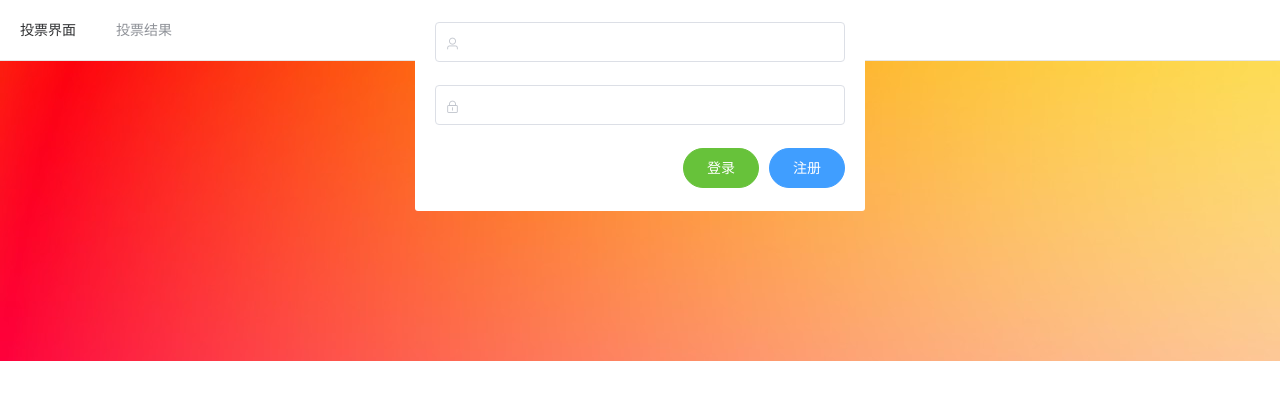
Repository: 280hhh/vote
Page: /
These files come from the project's save history. The page is drawn as it stood at one moment and after the next save; the edit follows.
The browser window is 1280 px wide. The pictures show the whole page.
The project was rebuilt for these pictures with package versions that can differ from the ones it lists, and the page was loaded fresh each time. Also part of the build but not shown: src/components/home.vue, src/components/result.vue.

Above is the page before, as saved 2021-06-12 15:13:12.

### src/App.vue
<template>
    <div>
      <el-menu :default-active="this.$route.path" route class="el-menu-demo" mode="horizontal">
        <el-menu-item v-for="(item,i) in nvaList" :key="i" :index="item.name">
          <template slot="title">
           <span> {{ item.navItem }}</span>
         </template>
        </el-menu-item>
      </el-menu>
      <router-view></router-view>
    </div>
</template>

<script>
export default {
  data(){
    return{
      nvaList:[
        {name:'/home',navItem:'投票界面'},
        {name:'/result',navItem:'投票结果'}
      ]
    }
  }
}
</script>

<style>
</style>

### src/router/index.js
import Vue from 'vue'
import VueRouter from 'vue-router'
import Login from '../components/login.vue'
import '../assets/css/global.css'
import Home from '../components/home.vue'
import Register from '../components/register.vue'
import Result from '../components/result.vue'


Vue.use(VueRouter)

const routes = [
  {path:'/',redirect:'/login'},
  {path:'/login',component:Login},
  {path:'/home',component:Home},
  {path:'/register',component:Register},
  {path:'/result',component:Result}
]

const router = new VueRouter({
  routes
})

export default router

### src/plugins/element.js
import Vue from 'vue'
import { Button } from 'element-ui'
import {Form,FormItem} from 'element-ui'
import {Input} from 'element-ui'
import {Message} from 'element-ui'
import {Menu} from 'element-ui'
import {MenuItem} from 'element-ui'
import {Submenu} from 'element-ui'

Vue.use(Button)
Vue.use(Form)
Vue.use(FormItem)
Vue.use(Input)
Vue.prototype.$message=Message
Vue.use(Menu)
Vue.use(MenuItem)
Vue.use(Submenu)

### src/components/login.vue
<template>
  <div class="login_container">
    <div class="login_box">
      <div class="avatar_box">
        <img src="../image/jr.jpg">
      </div>
      <!-- 登录表单区域 -->
      <el-form :model="loginform" :rules="rules" ref="loginFormRef" label-width="0px" class="login_form">
        <!-- 用户名 -->
        <el-form-item prop="username">
          <el-input v-model="loginform.username" prefix-icon="el-icon-user"></el-input>
        </el-form-item>
        <!-- 密码 -->
        <el-form-item prop="password">
          <el-input v-model="loginform.password" prefix-icon="el-icon-lock" show-password></el-input>
        </el-form-item>
        <!-- 按钮区域 -->
        <el-form-item class="btns">
          <el-button type="success" round @click="login()">登录</el-button>
          <el-button type="primary" round @click="register()">注册</el-button>
        </el-form-item>
      </el-form>
    </div>
  </div>
</template>

<script>
export default {
  data(){
    return{
      loginform:{
        username:'',
        password:''
      },
      rules:{
        username:[{required:true,message:'请输入用户名',trigger:'blur'}],
        password:[{required:true,message:'请输入密码',trigger:'blur'}],
        usergroup:[]
      }
    }
  },
  methods:{
    // 点击登录
    login(){
      let flag=0;
      this.$refs.loginFormRef.validate(valid=>{
        if(!valid){
          this.$message({showClose:true,message:'请输入正确的账号密码',type:'error'})
          return;
        }
        flag=1;
      })
      if(flag){
        for(var item in this.userGroup){
          if(this.loginform.username==this.userGroup[item].username&&this.loginform.password==this.userGroup[item].password){
          this.$router.push({ path:'/home' });
          this.$message({showClose: true,message: '登陆成功',type: 'success'});
          return ;
        }
        this.$message({showClose: true,message: '账号或密码错误！！！请输入正确的账号密码',type: 'error'});
      }


      }
    },
    // 点击注册
    register(){
      this.$router.push({path:'/register'})
    },
    oldMessage(){
            if(!window.localStorage) return;
            let a=JSON.parse(localStorage.userGroup);
            this.userGroup=a;
            }
      },
      mounted(){

            if(!window.localStorage) return;
            if(localStorage.userGroup == null)return;
            //如果之前有任何人注册过的话,调用oldMessage方法，初始化用户组
            this.oldMessage();
      }
}
</script>

<style Lang="less" scoped>
.login_container{
  background: url("../image/bg.jpg");
  height: 100%;
}
.login_box{
  height: 300px;
  width: 450px;
  background-color: #fff;
  border-radius: 3px;
  position: relative;
  left: 50%;
  top: 50%;
  transform: translate(-50%,-50%);
}
.login_box .avatar_box{
  height: 130px;
  width: 130px;
  border:1px solid #eee;
  border-radius: 50%;
  padding: 10px;
  box-shadow: 0 0 10px #ddd;
  position: absolute;
  left: 50%;
  transform: translate(-50%,-50%);
  background-color: #fff;
}
.avatar_box img{
    width: 100%;
    height: 100%;
    border-radius: 50%;
    background-color: #eee;
}

.login_form{
  position: absolute;
  bottom:0;
  width: 100%;
  padding: 0 20px;
  box-sizing: border-box;
}

.btns{
  display: flex;
  justify-content: flex-end;
}
</style>

### src/assets/css/global.css
html,
body,
#app{
  height: 100%;
  margin: 0;
  padding: 0;
}

### src/components/register.vue
<template>
  <div class="register_container">
    <div class="register_box">
      <!-- 注册表单区域 -->
      <el-form ref="registerFormRef" :model="registerForm" label-width="80px" :rules="registerRules" class="register_form">
                <el-form-item label="用户名" prop="username">
                    <el-input v-model="registerForm.username"></el-input>
                </el-form-item>
                <el-form-item label="e-mail" prop="email">
                    <el-input v-model="registerForm.email"></el-input>
                </el-form-item>
                <el-form-item label="密码" prop="password">
                    <el-input v-model="registerForm.password" show-password></el-input>
                </el-form-item>
                <el-form-item label="确认密码" prop="checkPassword">
                    <el-input v-model="registerForm.checkPassword" show-password></el-input>
                </el-form-item>
                <el-form-item label="手机" prop="phoneNumber">
                    <el-input v-model="registerForm.phoneNumber"></el-input>
                </el-form-item>
                <el-form>
                <div class="btns">
                    <el-button type="primary" @click="onSubmit()" round>注册</el-button>
                    <el-button @click="resetForm()" round>重置</el-button>
                </div>
                </el-form>
            </el-form>
    </div>
  </div>
</template>

<script>
export default {
  data(){
     //设置旧密码与新密码不允许一致
    let validateNewPassword = (rule, value, callback) => {
            if (value !== this.registerForm.password) {
                callback(new Error('与新密码不一致!'))
            } else {
                callback()
            }
      }
     //设置用户名不允许重复
        let noRepeat1 = (rule, value, callback) => {
            if(!window.localStorage) {callback();return ;}
            if(localStorage.userGroup==null) {callback();return ;}
            let flag=0;
            for(var item in this.userGroup){
                if(value == this.userGroup[item].username){callback(new Error('该用户名已经存在'));return ;}
            }
            callback();
        }
        //设置注册时手机号码不允许重复
        let noRepeat2 = (rule, value, callback) => {
            if(!window.localStorage) {callback();return ;}
            if(localStorage.userGroup==null) {callback();return ;}
            let flag=0;
            for(var item in this.userGroup){
                if(value == this.userGroup[item].phoneNumber){callback(new Error('该号码已经存在'));return ;}
            }
               callback();
        }
    return{
      registerForm:{
        username:'',
        email:'',
        password:'',
        checkPassword:'',
        phoneNumber:''
      },
      registerRules:{
                username:[
                    { required: true, message: '请输入用户名', trigger: 'blur' },
                    { min: 5, message: '长度在 5 个字符以上', trigger: 'blur' },
                    { pattern:'^[^ ]+$', message: '用户名不允许存在空格', trigger: 'blur' },
                    { validator:noRepeat1, trigger: 'blur' }
                ],
                email:[
                    { required: true, message: '请输入邮箱', trigger: 'blur' },
                    { pattern:'^[a-zA-Z0-9_\\.-]+@([a-zA-Z0-9-]+\\.)+[a-zA-Z0-9]{2,4}$',message:'请填入正确的邮箱地址',trigger:'blur'}
                ],
                password: [
                    { required: true, message: '请设置密码', trigger: 'blur' },
                    { min: 5, message: '要求密码长度在 5 个字符以上', trigger: 'blur' }
                ],
                checkPassword: [
                    { required: true, message: '请确认密码', trigger: 'blur' },
                    { validator: validateNewPassword, trigger: 'blur' },
                    { min: 5, message: '要求密码长度在 5 个字符以上', trigger: 'blur' }
                 ],
                phoneNumber:[
                    { required: true, message: '请填写手机号码', trigger: 'blur' },
                    {pattern:'^[1][3,4,5,7,8][0-9]{9}$',message:'请填写11位的手机号码',trigger:'blur'},
                    {validator: noRepeat2 , trigger:'blur' }
                ],
      },
      userGroup:[]
    }
  },
  methods:{
    onSubmit(){
      let flag=0;//若预验证成功则返回1，若失败返回0
            this.$refs.registerFormRef.validate( valid =>{
                if(!valid) {
                    this.$message({showClose: true,message: '请输入正确的信息',type: 'error'
                    });
                    return false;
                }
                flag=1;//预验证成功！
                })
            if(flag){
                if(!window.localStorage) return;
                //如果之前有任何人注册过的话
                if(localStorage.userGroup != null){
                   this.userGroup.push(this.registerForm);
                   localStorage.userGroup=JSON.stringify(this.userGroup)

                }else{//如果之前没有任何人注册过的话
                this.userGroup.push(this.registerForm);
                this.userGroup.push(this.superUser);
                localStorage.userGroup=JSON.stringify(this.userGroup);
                }
                this.$router.push("/login");
                this.$message({showClose: true,message: '注册成功！',type: 'success'});
            }else{
                this.$message({showClose: true,message: '注册失败！请输入按要求填写注册信息！',type: 'error'});

            }
    },
    resetForm(){
      this.$refs.registerFormRef.resetFields();
    },
    //如果之前有任何人注册过的话,初始化用户组
        oldMessage(){
            if(!window.localStorage) {callback();return ;}
            let a=JSON.parse(localStorage.userGroup);
            for(let item in a){
                this.userGroup.push(a[item]);
            }
        }
        },mounted(){
            if(localStorage.userGroup!=null)this.oldMessage();//如果之前有任何人注册过的话,调用oldMessage方法，初始化用户组

  }
}
</script>

<style>
.register_container{
  background: url("../image/bg.jpg");
  height: 100%;
}
.register_box{
  height: 600px;
  width: 500px;
  background-color: #fff;
  border-radius: 3px;
  position: relative;
  left: 50%;
  top: 50%;
  transform: translate(-50%,-50%);
}
.register_form{
  position: absolute;
  top:50%;
  width: 100%;
  padding: 0 25px;
  box-sizing: border-box;
  transform: translate(0,-50%);
}

.btns{
  display: flex;
  justify-content: flex-end;
}
</style>

Loaded but not shown: public/index.html (common file); src/main.js (common file)

After the next save:
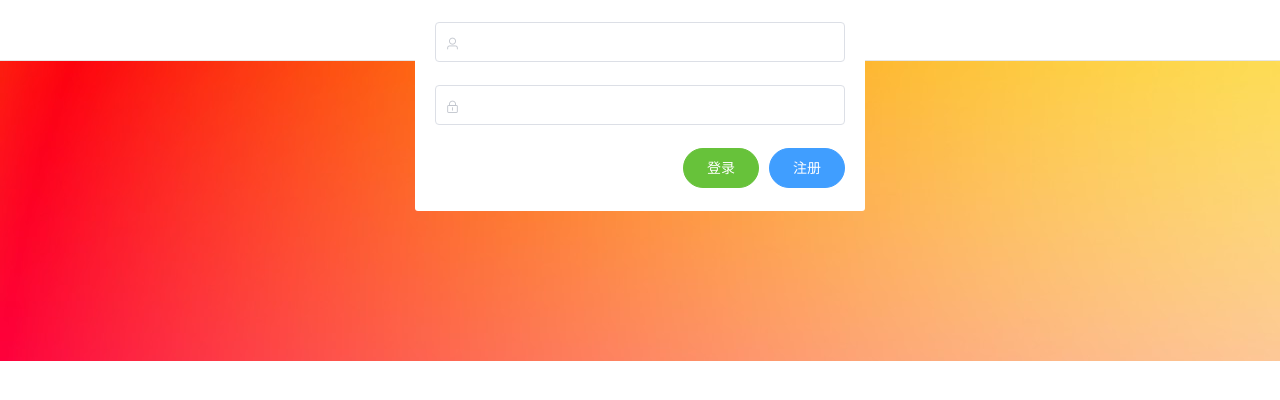
Saved 68 s later.
--- a/src/App.vue
+++ b/src/App.vue
@@ -3,7 +3,7 @@
       <el-menu :default-active="this.$route.path" route class="el-menu-demo" mode="horizontal">
         <el-menu-item v-for="(item,i) in nvaList" :key="i" :index="item.name">
           <template slot="title">
-           <span> {{ item.navItem }}</span>
+           <!-- <span> {{ item.navItem }}</span> -->
          </template>
         </el-menu-item>
       </el-menu>

After the save that followed:
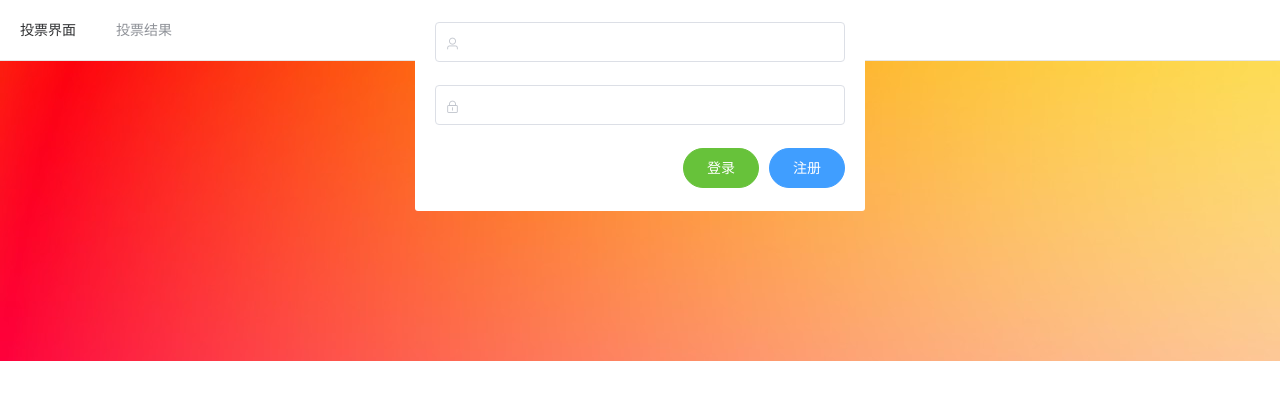
Saved 5 s later.
--- a/src/App.vue
+++ b/src/App.vue
@@ -3,7 +3,7 @@
       <el-menu :default-active="this.$route.path" route class="el-menu-demo" mode="horizontal">
         <el-menu-item v-for="(item,i) in nvaList" :key="i" :index="item.name">
           <template slot="title">
-           <!-- <span> {{ item.navItem }}</span> -->
+           <span> {{ item.navItem }}</span>
          </template>
         </el-menu-item>
       </el-menu>
